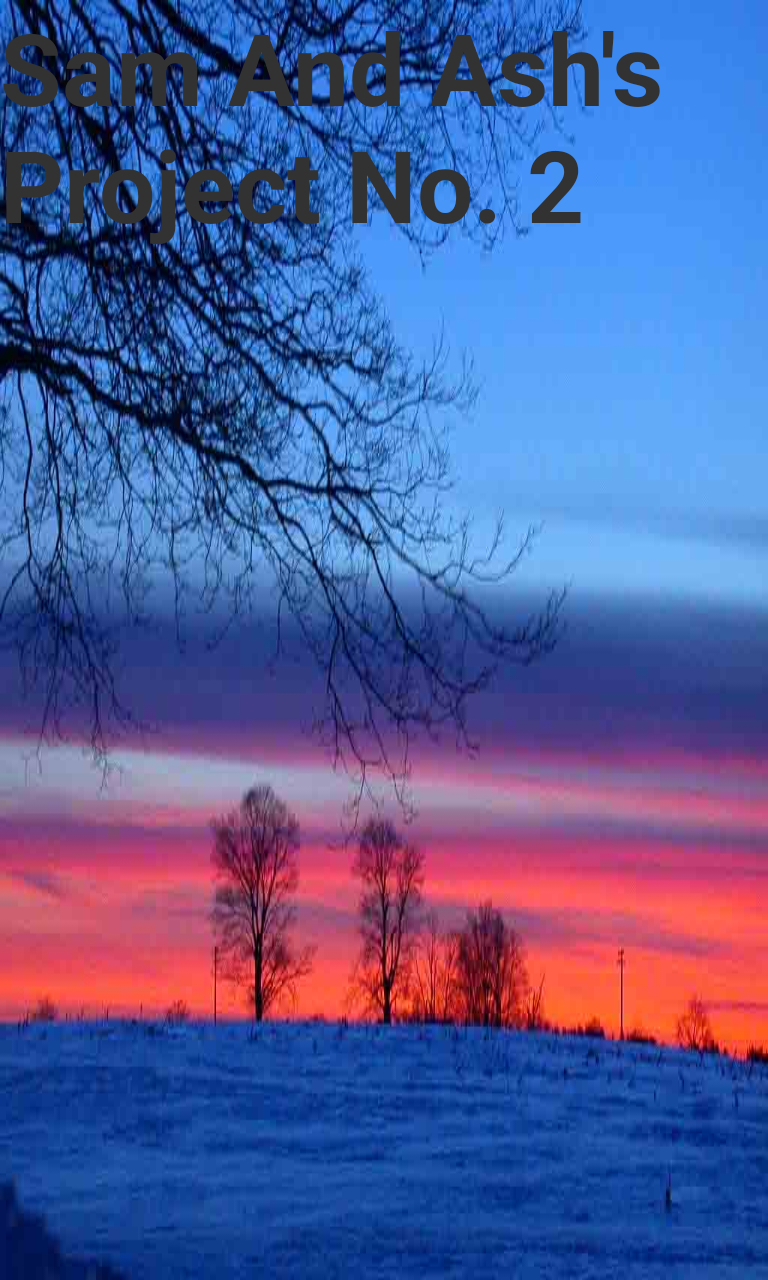
Repository: AshleyDeng/AndroidAppDevelopment
Layout: Samiul_Ashley_Android/Android Workspace/SamAndAshProject2_Converter/res/layout/initial_screen.xml
The author's editor kept a copy of each file at every save. The layout is drawn from the files as they stood at one save, then again after the next save.
It is drawn on a 768 x 1280 px phone screen (xhdpi) without system bars, with theme AppTheme; the app's code is not run.

Above is the layout before, as saved 2013-01-18 00:33:38.

After the next save:
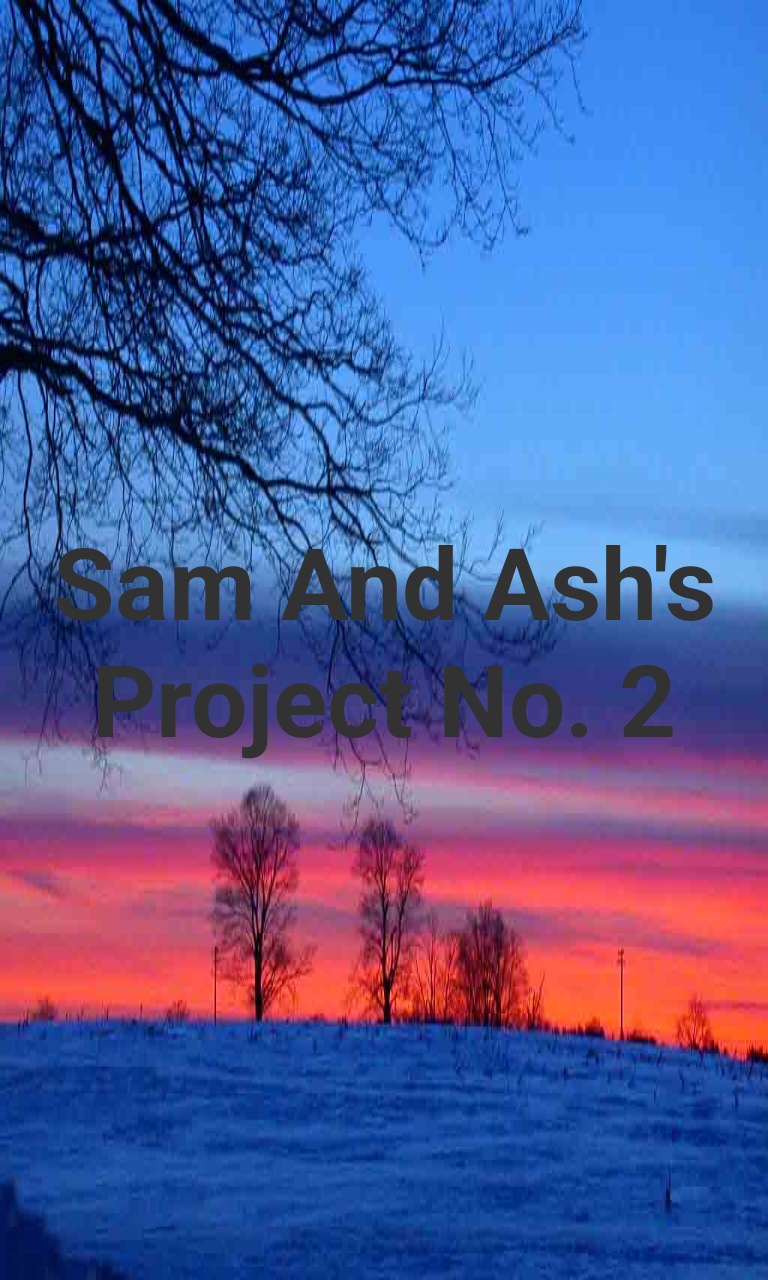
Saved 88 s later.
--- a/Samiul_Ashley_Android/Android Workspace/SamAndAshProject2_Converter/res/layout/initial_screen.xml
+++ b/Samiul_Ashley_Android/Android Workspace/SamAndAshProject2_Converter/res/layout/initial_screen.xml
@@ -10,8 +10,9 @@
         android:layout_height="fill_parent"
         android:layout_centerHorizontal="true"
         android:layout_centerVertical="true"
-        android:text="Sam And Ash's Project No. 2"
+        android:gravity="center"
+        android:text="Sam And Ash&apos;s Project No. 2"
         android:textSize="50sp"
-        android:textStyle="bold"/>
+        android:textStyle="bold" />
 
 </LinearLayout>
